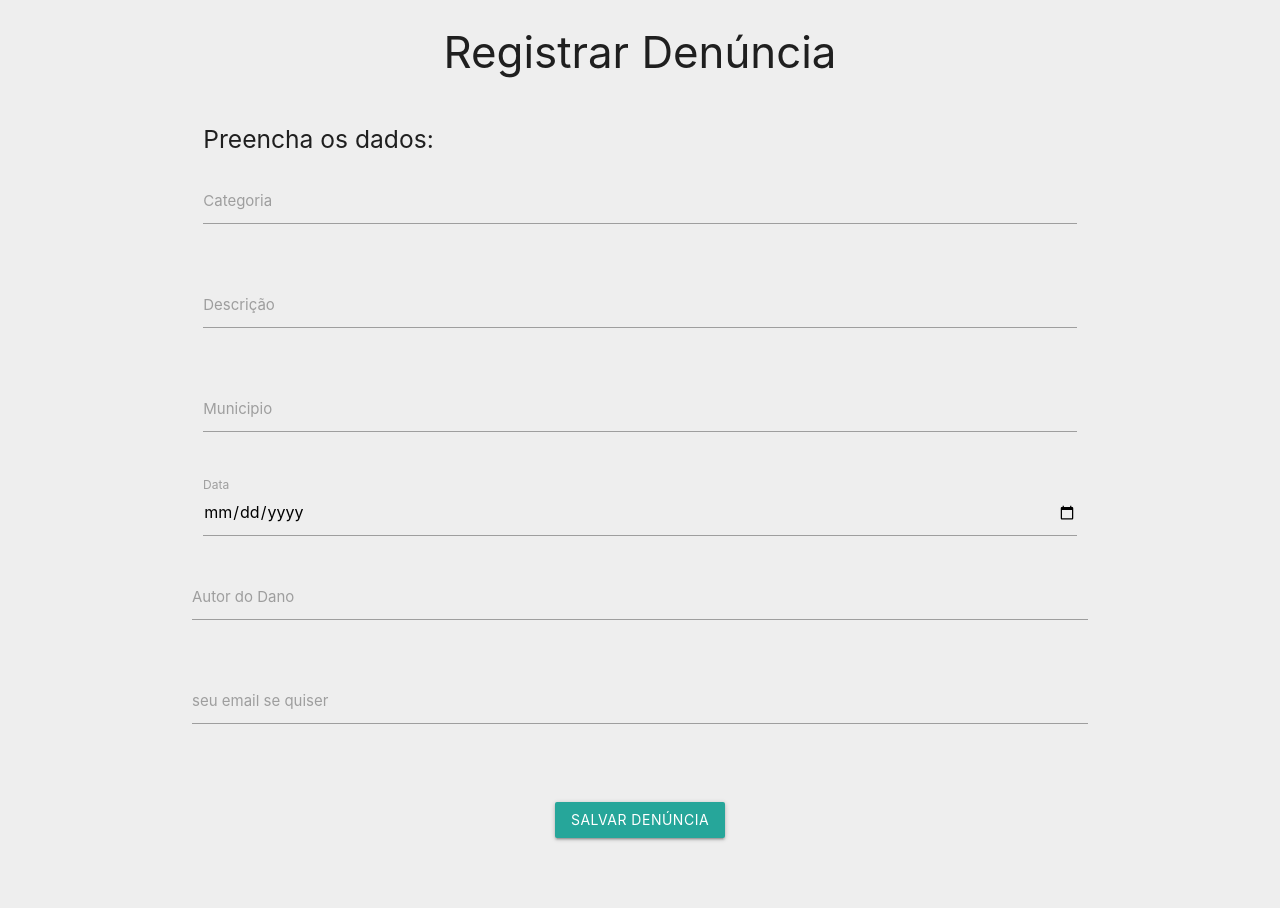
Repository: luisfernandofaria/ultimosinosi
Page: http://localhost/denuncia/registrar
An editor plug-in stored every save of this project. The page is shown before and after the next save, followed by the edit.
The browser window is 1280 px wide. The pictures show the whole page.
Some web libraries are served in a nearby version. The page is this project's Thymeleaf template; nobody is signed in. The template is opened directly, without the code that normally fills it, so the values that code supplies are empty.

Above is the page before, as saved 2019-11-18 20:16:39.

### sino/src/main/resources/templates/denuncia/registrar.html
<!DOCTYPE html>
<html xmlns:th="http://www.thymeleaf.org">
<head>
<meta charset="UTF-8" />
<link type="text/css" rel="stylesheet"
	href="https://cdnjs.cloudflare.com/ajax/libs/materialize/1.0.0-beta/css/materialize.min.css" media="screen,projection" />
<link href="https://fonts.googleapis.com/icon?family=Material+Icons"
	rel="stylesheet" />
<title>Sinosi WEB</title>
<script type="text/javascript" src="https://code.jquery.com/jquery-3.2.1.min.js"></script>

</head>
<body class="grey lighten-3">
	<div id="formularioEdicao" class="container">

		<h3 class="main-title center">Registrar Denúncia</h3>
		<div class="row">

			<form class="col s12" action="#" th:action="@{/denuncia/salvar}"
				th:object="${denuncia}" method="post">
				<div class="section">
					<h5>Preencha os dados:</h5>

					<div class="row">
						<div class="input-field col s12">
							<input id="categoria" type="text" th:field="*{categoria}" />
							<label for="categoria">Categoria</label>
						</div>
					</div>

					<div class="row">
						<div class="input-field col s12">
							<input id="descricao" type="text" th:field="*{descricao}" />
							<label for="descricao">Descrição</label>
						</div>
					</div>
					<div class="row">
						<div class="input-field col s12">
							<input id="localAcidente" type="text" class="validate"
								th:field="*{localAcidente.municipio}" />
								<label for="localAcidente">Municipio</label>
						</div>
					</div>

					<div class="row">
						<div class="input-field col s12">
							<input id="dataDenuncia" type="date" class="datepicker" th:field="*{dataDenuncia}" />
								 <label for="dataDenuncia">Data</label>
						</div>
						<div class="row">
							<div class="input-field col s12">
								<input id="autorDano" type="text" th:field="*{autorDano}" /> <label
									for="autorDano">Autor do Dano</label>
							</div>
						</div>
						<div class="row">
							<div class="input-field col s12">
								<input id="emailUsuario" type="text" th:field="*{emailUsuario}" />
								<label for="emailUsuario">seu email se quiser</label>
							</div>
						</div>

					</div>
					<!-- Fim SECTION Dados Basicos -->

					<div class="row">
						<div class="input-field col s12 center">
							<button class="btn waves-effect waves-light" type="submit"
								name="action">Salvar Denúncia</button>
						</div>
					</div>
			</form>
		</div>

	</div>
	<!-- Fim do formulario de edicao -->

	<script type="text/javascript"
		src="../materialize/js/materialize.min.js"></script>
</body>
</html>

Loaded but not shown: sino/src/main/resources/static/materialize/js/materialize.min.js (library)

After the next save:
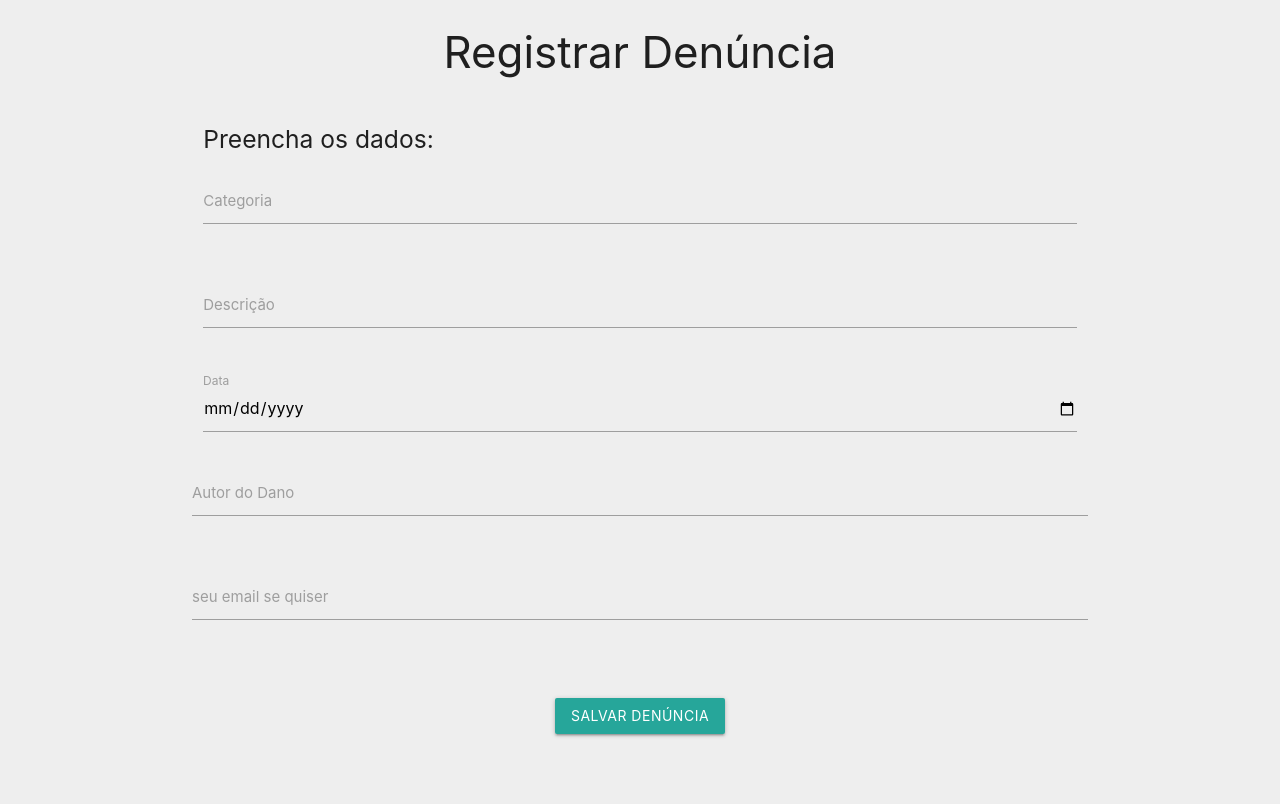
Saved 2 min 38 s later.
--- a/sino/src/main/resources/templates/denuncia/registrar.html
+++ b/sino/src/main/resources/templates/denuncia/registrar.html
@@ -34,13 +34,13 @@
 							<label for="descricao">Descrição</label>
 						</div>
 					</div>
-					<div class="row">
+<!-- 					<div class="row">
 						<div class="input-field col s12">
 							<input id="localAcidente" type="text" class="validate"
 								th:field="*{localAcidente.municipio}" />
 								<label for="localAcidente">Municipio</label>
 						</div>
-					</div>
+					</div> -->
 
 					<div class="row">
 						<div class="input-field col s12">
